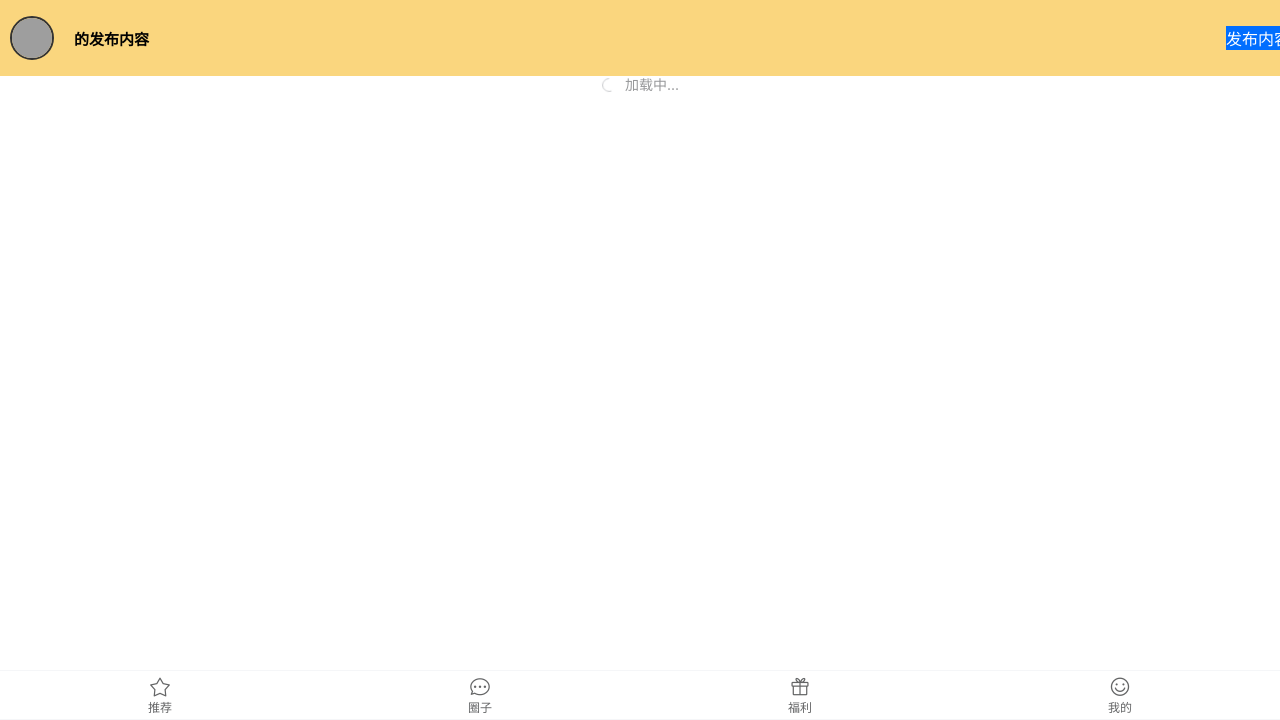
Repository: pbw-langwang/dm
Page: /#/fabu (app in dm_vue/)
An editor plug-in stored every save of this project. The page is shown before and after the next save, followed by the edit.
The browser window is 1280 px wide. The pictures show the whole page.
The page's requests for data from a server got no answer. The project was rebuilt for these pictures with package versions that can differ from the ones it lists, and the page was loaded fresh each time. No one was signed in, and anything a server would have sent is missing. Also part of the build but not shown: dm_vue/src/components/HelloWorld.vue, dm_vue/src/components/video.vue, dm_vue/src/components/setting.vue, dm_vue/src/components/gift.vue, dm_vue/src/components/Regist.vue, dm_vue/src/components/history.vue, dm_vue/src/components/Search.vue, dm_vue/src/components/SearchList.vue and 2 more.

Above is the page before, as saved 2021-06-22 16:03:15.

After the next save:
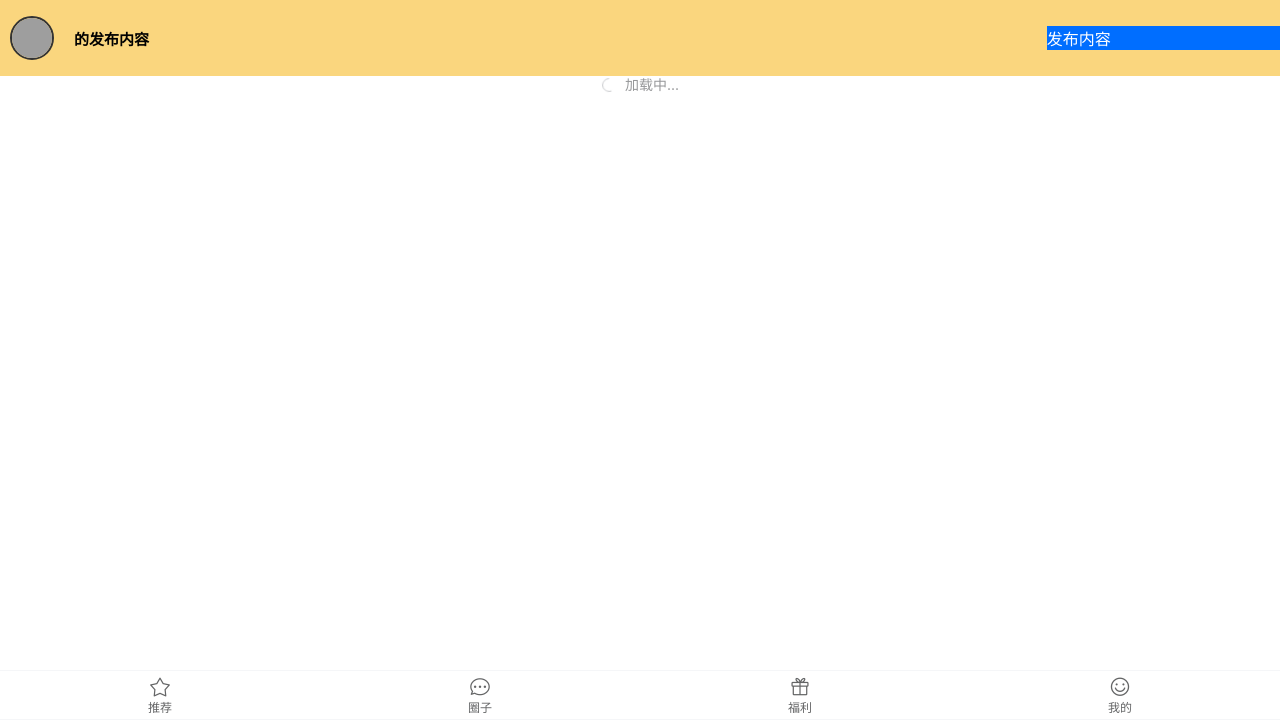
Saved 22 s later.
--- a/dm_vue/src/components/fabu.vue
+++ b/dm_vue/src/components/fabu.vue
@@ -88,13 +88,13 @@ export default {
   border: #333 solid 2px;
 }
 .top .name{
-  box-sizing: border-box;
-  flex: 1;
+  flex: 4;
   padding-left: 20px;
   font-size: 15px;
   font-weight: 700;
 }
 .top p:nth-child(3){
+  flex: 1;
   display: inline-block;
   background-color: rgb(0, 110, 255);
   color: white;
